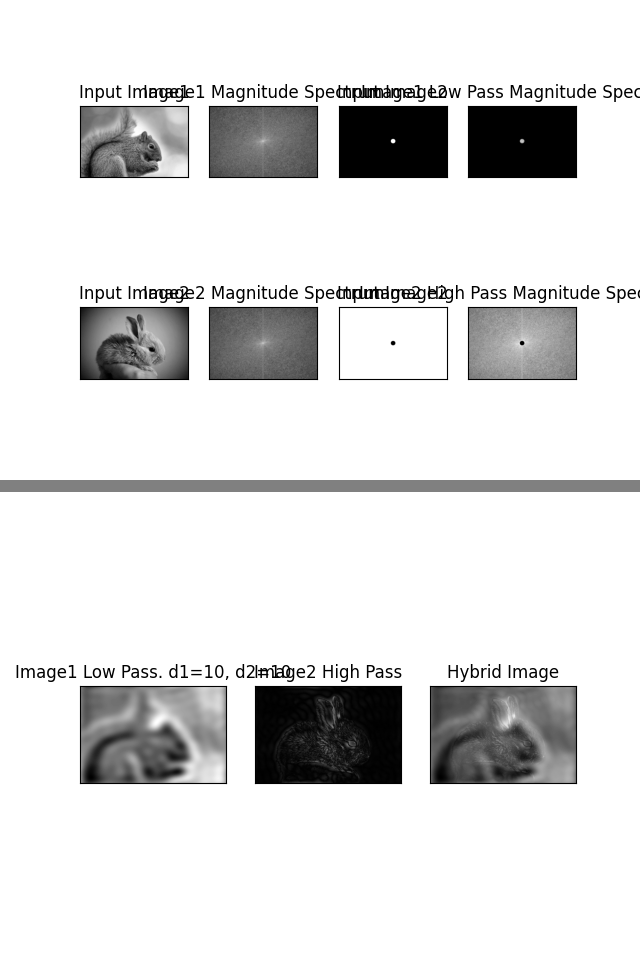
Repository: Yuer-yuan/CV
Script's output: python lab1-hybrid-image/gui/fft.py
The author's editor kept a copy of each file at every save. The script's output is drawn from the files as they stood at one save, then again after a run of saves.
Each picture stacks the figures in order, with grey between them; figures that are only written to a file come last. Random numbers start from a fixed seed. It also reads lab1-hybrid-image/gui/res/bunny1.png, lab1-hybrid-image/gui/res/squirrel1.png.

Above is the script's output before, as saved 2023-03-26 19:57:04.

After the next 2 saves:
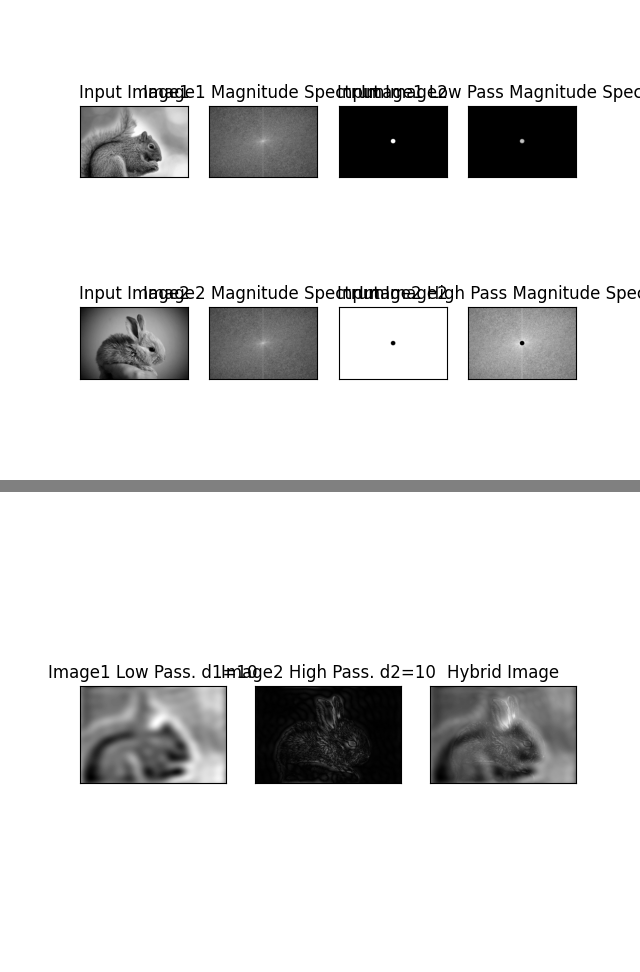
The 2 saves are shown as one change because they came seconds apart.
The last was saved 14 s later.
--- a/lab1-hybrid-image/gui/fft.py
+++ b/lab1-hybrid-image/gui/fft.py
@@ -80,9 +80,9 @@ def spectral_hybrid_image(image1, image2, d1, d2):
     plt.show()
 
     plt.subplot(131), plt.imshow(np.abs(f1_filtered_ifft), cmap='gray')
-    plt.title(f'Image1 Low Pass. d1={d1}, d2={d2}'), plt.xticks([]), plt.yticks([])
+    plt.title(f'Image1 Low Pass. d1={d1}'), plt.xticks([]), plt.yticks([])
     plt.subplot(132), plt.imshow(np.abs(f2_filtered_ifft), cmap='gray')
-    plt.title('Image2 High Pass'), plt.xticks([]), plt.yticks([])
+    plt.title(f'Image2 High Pass. d2={d2}'), plt.xticks([]), plt.yticks([])
     plt.subplot(133), plt.imshow(hybrid_image, cmap='gray')
     plt.title('Hybrid Image'), plt.xticks([]), plt.yticks([])
     plt.show()
